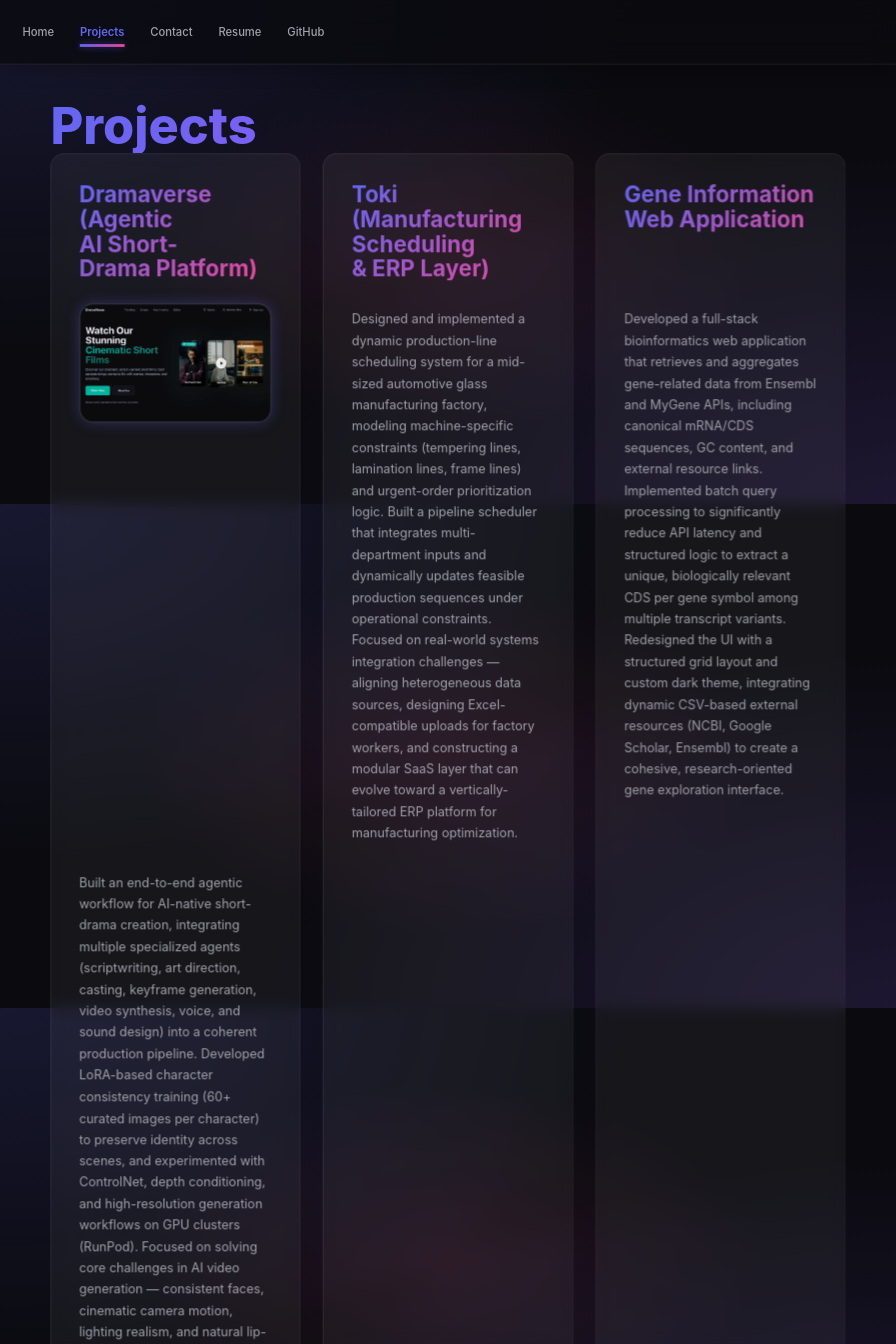
Repository: SummerZ27/personal-website
Page: projects/index.html
The author's editor kept a copy of each file at every save. The page is drawn from the files as they stood at one save, then again after the next save.
The browser window is 1280 px wide. The pictures show the part of the page from y = 0 to 1920 px (the page is 3215 px tall before and 3227 px after), at 70% of full size.
Backgrounds fixed to the window are drawn as part of the page.

Above is the page before, as saved 2026-02-13 13:37:02.

### projects/index.html
<!DOCTYPE html>
<html lang="en">
<head>
    <meta charset="UTF-8">
    <meta name="viewport" content="width=device-width, initial-scale=1.0">
    <title>Projects - Summer Zhou</title>
    <link rel="stylesheet" href="../style.css">
</head>
<body>
    <nav>
        <a href="../index.html">Home</a>
        <a href="index.html" class="current">Projects</a>
        <a href="../contact/index.html">Contact</a>
        <a href="../files/resume.pdf" target="_blank">Resume</a>
        <a href="https://github.com/SummerZ27" target="_blank">GitHub</a>
    </nav>

    <main>
        <h1>Projects</h1>

        <div class="projects">
        <section>
        <h2>Dramaverse (Agentic AI Short-Drama Platform)</h2>
        <img src="../images/dramaverse.png" alt="Dramaverse AI Short-Drama Platform interface">
        <p>Built an end-to-end agentic workflow for AI-native short-drama creation, integrating multiple specialized agents (scriptwriting, art direction, casting, keyframe generation, video synthesis, voice, and sound design) into a coherent production pipeline. Developed LoRA-based character consistency training (60+ curated images per character) to preserve identity across scenes, and experimented with ControlNet, depth conditioning, and high-resolution generation workflows on GPU clusters (RunPod). Focused on solving core challenges in AI video generation — consistent faces, cinematic camera motion, lighting realism, and natural lip-sync — aiming to move beyond "AI-slop" toward scalable, studio-quality storytelling.</p>
    </section>

    <section>
        <h2>Toki (Manufacturing Scheduling & ERP Layer)</h2>
        <p>Designed and implemented a dynamic production-line scheduling system for a mid-sized automotive glass manufacturing factory, modeling machine-specific constraints (tempering lines, lamination lines, frame lines) and urgent-order prioritization logic. Built a pipeline scheduler that integrates multi-department inputs and dynamically updates feasible production sequences under operational constraints. Focused on real-world systems integration challenges — aligning heterogeneous data sources, designing Excel-compatible uploads for factory workers, and constructing a modular SaaS layer that can evolve toward a vertically-tailored ERP platform for manufacturing optimization.</p>
    </section>

    <section>
        <h2>Gene Information Web Application</h2>
        <p>Developed a full-stack bioinformatics web application that retrieves and aggregates gene-related data from Ensembl and MyGene APIs, including canonical mRNA/CDS sequences, GC content, and external resource links. Implemented batch query processing to significantly reduce API latency and structured logic to extract a unique, biologically relevant CDS per gene symbol among multiple transcript variants. Redesigned the UI with a structured grid layout and custom dark theme, integrating dynamic CSV-based external resources (NCBI, Google Scholar, Ensembl) to create a cohesive, research-oriented gene exploration interface.</p>
    </section>

    <section>
        <h2>Time Series Forecasting via Modified Transformer Attention Mechanism</h2>
        <p>Conducted research on hierarchical revenue forecasting for a medical device company, replacing standard Transformer attention with a modified attention-on-attention mechanism to better capture multi-level temporal dependencies and cross-series coherence. Experimented with linear models, LSTMs, and baseline Transformers before introducing architectural changes that reweighted temporal features and enforced hierarchical consistency through customized loss functions (MSE, weighted aggregation loss). Evaluated performance across granular revenue levels, focusing on improving long-horizon forecast stability and ratio alignment across product hierarchies.</p>
    </section>
        </div>
    </main>
</body>
</html>

### style.css
/* Modern CSS Reset & Base Styles */
* {
    margin: 0;
    padding: 0;
    box-sizing: border-box;
}

:root {
    --primary-color: #6366f1;
    --secondary-color: #8b5cf6;
    --accent-color: #ec4899;
    --bg-dark: #0a0a0f;
    --bg-card: rgba(255, 255, 255, 0.05);
    --text-primary: #ffffff;
    --text-secondary: #a1a1aa;
    --border-color: rgba(255, 255, 255, 0.1);
    --shadow-glow: 0 0 20px rgba(99, 102, 241, 0.3);
}

body {
    font-family: -apple-system, BlinkMacSystemFont, 'Segoe UI', 'Roboto', 'Oxygen', 'Ubuntu', 'Cantarell', sans-serif;
    font-size: 18px;
    line-height: 1.7;
    color: var(--text-primary);
    background: var(--bg-dark);
    background-image:
        radial-gradient(at 0% 0%, rgba(99, 102, 241, 0.15) 0px, transparent 50%),
        radial-gradient(at 100% 100%, rgba(139, 92, 246, 0.15) 0px, transparent 50%),
        radial-gradient(at 50% 50%, rgba(236, 72, 153, 0.1) 0px, transparent 50%);
    background-attachment: fixed;
    min-height: 100vh;
    padding: 0;
    margin: 0;
    overflow-x: hidden;
    scroll-behavior: smooth;
}

/* Animated background particles effect */
body::before {
    content: '';
    position: fixed;
    top: 0;
    left: 0;
    width: 100%;
    height: 100%;
    background-image:
        radial-gradient(2px 2px at 20% 30%, rgba(99, 102, 241, 0.3), transparent),
        radial-gradient(2px 2px at 60% 70%, rgba(139, 92, 246, 0.3), transparent),
        radial-gradient(1px 1px at 50% 50%, rgba(236, 72, 153, 0.3), transparent),
        radial-gradient(1px 1px at 80% 10%, rgba(99, 102, 241, 0.2), transparent),
        radial-gradient(2px 2px at 90% 80%, rgba(139, 92, 246, 0.2), transparent);
    background-size: 200% 200%;
    animation: particleMove 20s ease-in-out infinite;
    pointer-events: none;
    z-index: 0;
    opacity: 0.6;
}

@keyframes particleMove {
    0%, 100% { background-position: 0% 0%, 100% 100%, 50% 50%, 80% 10%, 90% 80%; }
    50% { background-position: 100% 0%, 0% 100%, 50% 50%, 20% 90%, 10% 20%; }
}

/* Main content wrapper */
body > * {
    position: relative;
    z-index: 1;
}

/* Navigation Styles */
nav {
    background: rgba(10, 10, 15, 0.8);
    backdrop-filter: blur(20px);
    border-bottom: 1px solid var(--border-color);
    padding: 1.5rem 2rem;
    margin-bottom: 0;
    position: sticky;
    top: 0;
    z-index: 100;
    box-shadow: 0 4px 30px rgba(0, 0, 0, 0.3);
    max-width: 100%;
}

nav a {
    display: inline-block;
    margin-right: 2rem;
    text-decoration: none;
    color: var(--text-secondary);
    font-weight: 500;
    font-size: 1rem;
    position: relative;
    transition: all 0.3s ease;
    padding: 0.5rem 0;
}

nav a::after {
    content: '';
    position: absolute;
    bottom: 0;
    left: 0;
    width: 0;
    height: 2px;
    background: linear-gradient(90deg, var(--primary-color), var(--accent-color));
    transition: all 0.3s ease;
}

/* Current page styling */
nav a.current {
    color: var(--primary-color);
    font-weight: 600;
}

nav a.current::after {
    width: 100%;
    height: 4px;
    background: linear-gradient(90deg, var(--primary-color), var(--accent-color));
    box-shadow: 0 0 10px rgba(99, 102, 241, 0.5);
}

/* Hover effects for non-current links */
nav a:not(.current):hover {
    color: var(--text-primary);
    transform: translateY(-2px);
}

nav a:not(.current):hover::after {
    width: 100%;
    height: 3px;
    box-shadow: 0 0 8px rgba(99, 102, 241, 0.4);
}

/* Hover effect for current page (subtle) */
nav a.current:hover {
    color: var(--accent-color);
    transform: translateY(-1px);
}

nav a.current:hover::after {
    height: 4px;
    box-shadow: 0 0 15px rgba(236, 72, 153, 0.6);
}

/* Container */
main {
    max-width: 1200px;
    margin: 0 auto;
    padding: 3rem 2rem 2rem 2rem;
}

/* Header Section */
.header-section {
    display: flex;
    align-items: center;
    justify-content: space-between;
    gap: 2rem;
    margin-bottom: 2rem;
    flex-wrap: wrap;
}

/* Typography */
h1, h2, h3, h4, h5, h6 {
    line-height: 1.1;
    text-wrap: balance;
}

h1 {
    font-size: 400%;
    font-weight: 800;
    background: linear-gradient(135deg, var(--primary-color), var(--secondary-color), var(--accent-color));
    -webkit-background-clip: text;
    -webkit-text-fill-color: transparent;
    background-clip: text;
    margin-bottom: 0;
    animation: fadeInUp 0.8s ease;
    flex: 1;
    min-width: 300px;
}

h2 {
    font-size: 2rem;
    font-weight: 700;
    color: var(--text-primary);
    margin-bottom: 1rem;
    background: linear-gradient(135deg, var(--primary-color), var(--accent-color));
    -webkit-background-clip: text;
    -webkit-text-fill-color: transparent;
    background-clip: text;
}

h3 {
    font-size: 1.5rem;
    font-weight: 600;
    color: var(--text-primary);
    margin-bottom: 0.75rem;
}

p {
    color: var(--text-secondary);
    margin-bottom: 1.5rem;
    animation: fadeIn 1s ease;
}

/* Image Styles */
img {
    max-width: 100%;
    width: 100%;
    height: auto;
    border-radius: 20px;
    box-shadow: var(--shadow-glow);
    margin: 0;
    transition: all 0.4s ease;
    border: 2px solid var(--border-color);
    animation: fadeInScale 1s ease;
    flex-shrink: 0;
}

.header-section img {
    max-width: 350px;
}

img:hover {
    transform: scale(1.05) rotate(2deg);
    box-shadow: 0 0 40px rgba(99, 102, 241, 0.5);
}

/* Section Styles */
section {
    background: var(--bg-card);
    backdrop-filter: blur(10px);
    border: 1px solid var(--border-color);
    border-radius: 20px;
    padding: 2.5rem;
    margin-bottom: 2rem;
    transition: all 0.4s ease;
    position: relative;
    overflow: hidden;
    animation: fadeInUp 0.6s ease;
}

section::before {
    content: '';
    position: absolute;
    top: 0;
    left: -100%;
    width: 100%;
    height: 100%;
    background: linear-gradient(90deg, transparent, rgba(99, 102, 241, 0.1), transparent);
    transition: left 0.5s ease;
}

section:hover {
    transform: translateY(-5px);
    border-color: var(--primary-color);
    box-shadow: 0 10px 40px rgba(99, 102, 241, 0.2);
}

section:hover::before {
    left: 100%;
}

section h2 {
    margin-top: 0;
    margin-bottom: 0;
}

/* Projects Grid Layout */
.projects {
    display: grid;
    grid-template-columns: repeat(auto-fit, minmax(280px, 1fr));
    gap: 2rem;
}

.projects section {
    display: grid;
    grid-template-rows: subgrid;
    grid-row: span 3;
    margin-bottom: 0;
}

.projects section img {
    margin-bottom: 0.5rem;
}

.projects section p {
    margin-top: 0.5rem;
    margin-bottom: 0;
}

/* Article Styles */
article {
    margin-bottom: 2rem;
    padding: 1.5rem;
    background: rgba(255, 255, 255, 0.02);
    border-radius: 15px;
    border-left: 3px solid var(--primary-color);
    transition: all 0.3s ease;
}

article:hover {
    background: rgba(255, 255, 255, 0.05);
    transform: translateX(5px);
}

/* List Styles */
ul {
    list-style: none;
    padding-left: 0;
}

ul li {
    padding: 0.75rem 0;
    padding-left: 1.5rem;
    position: relative;
    color: var(--text-secondary);
}

ul li::before {
    content: '▹';
    position: absolute;
    left: 0;
    color: var(--primary-color);
    font-weight: bold;
}

/* Form Styles */
form {
    display: grid;
    grid-template-columns: auto 1fr;
    gap: 1em;
    background: var(--bg-card);
    backdrop-filter: blur(10px);
    border: 1px solid var(--border-color);
    border-radius: 20px;
    padding: 2.5rem;
    margin-top: 2rem;
    animation: fadeInUp 0.6s ease;
}

label {
    display: grid;
    grid-template-columns: subgrid;
    grid-column: 1 / -1;
    color: var(--text-primary);
    font-weight: 500;
    font-size: 1rem;
    align-items: center;
}

input[type="email"],
input[type="text"],
textarea {
    width: 100%;
    padding: 1rem;
    background: rgba(255, 255, 255, 0.05);
    border: 2px solid var(--border-color);
    border-radius: 10px;
    color: var(--text-primary);
    font-size: 1rem;
    font-family: inherit;
    transition: all 0.3s ease;
}

input[type="email"]:focus,
input[type="text"]:focus,
textarea:focus {
    outline: none;
    border-color: var(--primary-color);
    background: rgba(255, 255, 255, 0.08);
    box-shadow: 0 0 20px rgba(99, 102, 241, 0.3);
    transform: translateY(-2px);
}

textarea {
    min-height: 150px;
    resize: vertical;
}

button {
    grid-column: 1 / -1;
    background: linear-gradient(135deg, var(--primary-color), var(--secondary-color));
    color: white;
    border: none;
    padding: 1rem 2.5rem;
    font-size: 1.1rem;
    font-weight: 600;
    border-radius: 10px;
    cursor: pointer;
    transition: all 0.3s ease;
    box-shadow: 0 4px 15px rgba(99, 102, 241, 0.4);
    text-transform: uppercase;
    letter-spacing: 1px;
    justify-self: start;
}

button:hover {
    transform: translateY(-3px);
    box-shadow: 0 6px 25px rgba(99, 102, 241, 0.6);
    background: linear-gradient(135deg, var(--secondary-color), var(--accent-color));
}

button:active {
    transform: translateY(-1px);
}

/* Time element */
time {
    color: var(--accent-color);
    font-weight: 500;
    font-style: normal;
}

/* Animations */
@keyframes fadeIn {
    from {
        opacity: 0;
    }
    to {
        opacity: 1;
    }
}

@keyframes fadeInUp {
    from {
        opacity: 0;
        transform: translateY(30px);
    }
    to {
        opacity: 1;
        transform: translateY(0);
    }
}

@keyframes fadeInScale {
    from {
        opacity: 0;
        transform: scale(0.9);
    }
    to {
        opacity: 1;
        transform: scale(1);
    }
}

/* Stagger animations for sections */
section:nth-child(1) { animation-delay: 0.1s; }
section:nth-child(2) { animation-delay: 0.2s; }
section:nth-child(3) { animation-delay: 0.3s; }
section:nth-child(4) { animation-delay: 0.4s; }

/* Responsive Design */
@media (max-width: 768px) {
    body {
        padding: 1rem;
    }

    nav {
        padding: 1rem;
        text-align: center;
    }

    nav a {
        display: block;
        margin: 0.5rem 0;
        margin-right: 0;
    }

    .header-section {
        flex-direction: column;
        align-items: flex-start;
    }

    h1 {
        font-size: 2.5rem;
        margin-bottom: 1.5rem;
    }

    .header-section img {
        max-width: 300px;
        align-self: center;
    }

    h2 {
        font-size: 1.5rem;
    }

    section {
        padding: 1.5rem;
    }

    img {
        max-width: 100%;
    }
}

/* Scrollbar Styling */
::-webkit-scrollbar {
    width: 10px;
}

::-webkit-scrollbar-track {
    background: var(--bg-dark);
}

::-webkit-scrollbar-thumb {
    background: linear-gradient(180deg, var(--primary-color), var(--accent-color));
    border-radius: 5px;
}

::-webkit-scrollbar-thumb:hover {
    background: linear-gradient(180deg, var(--secondary-color), var(--primary-color));
}

After the next save:
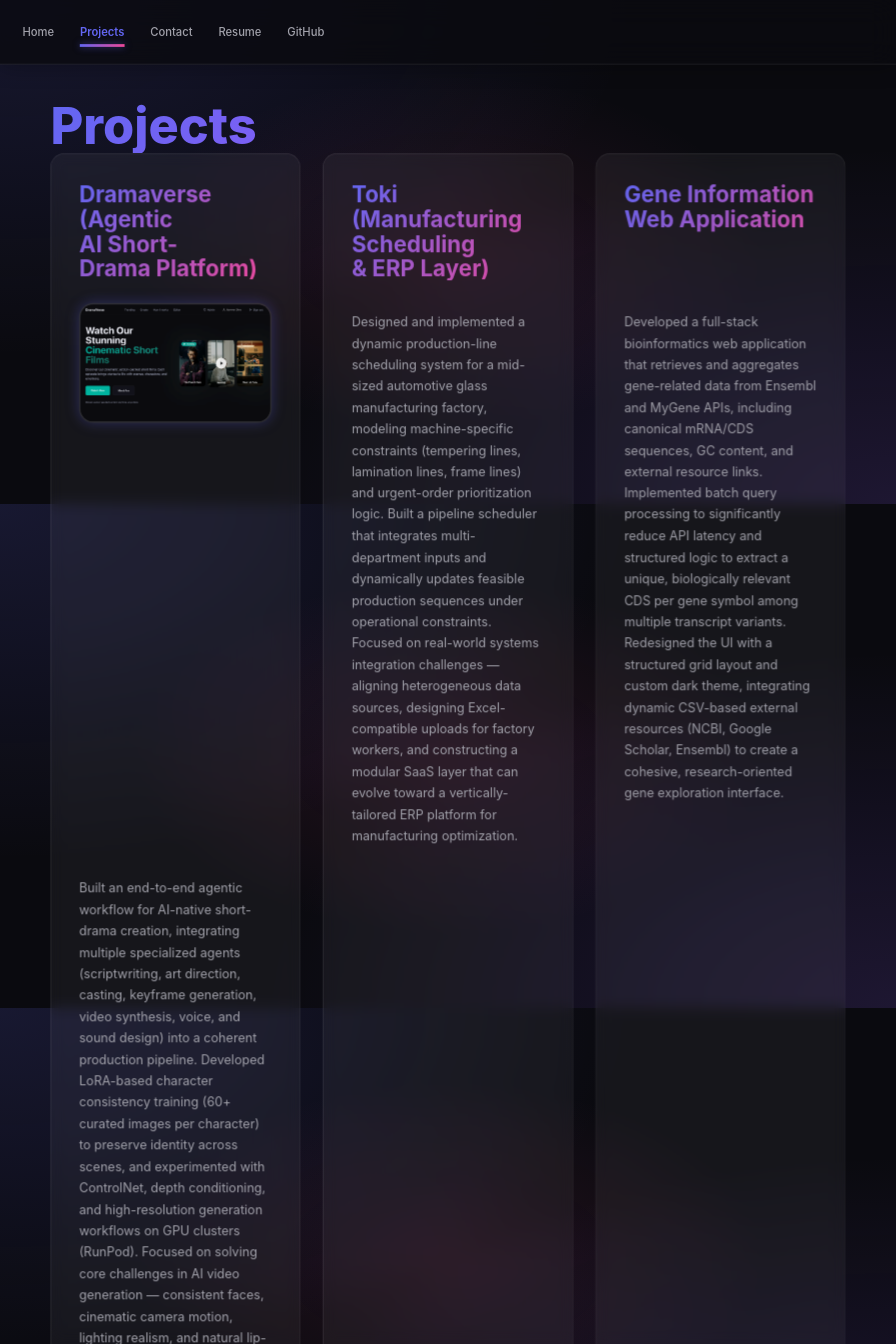
Saved 58 s later.
--- a/style.css
+++ b/style.css
@@ -266,7 +266,7 @@ section h2 {
 /* Projects Grid Layout */
 .projects {
     display: grid;
-    grid-template-columns: repeat(auto-fit, minmax(280px, 1fr));
+    grid-template-columns: repeat(auto-fit, minmax(320px, 1fr));
     gap: 2rem;
 }
 
@@ -278,11 +278,11 @@ section h2 {
 }
 
 .projects section img {
-    margin-bottom: 0.5rem;
+    margin-bottom: 0;
 }
 
 .projects section p {
-    margin-top: 0.5rem;
+    margin-top: 0.75rem;
     margin-bottom: 0;
 }
 
